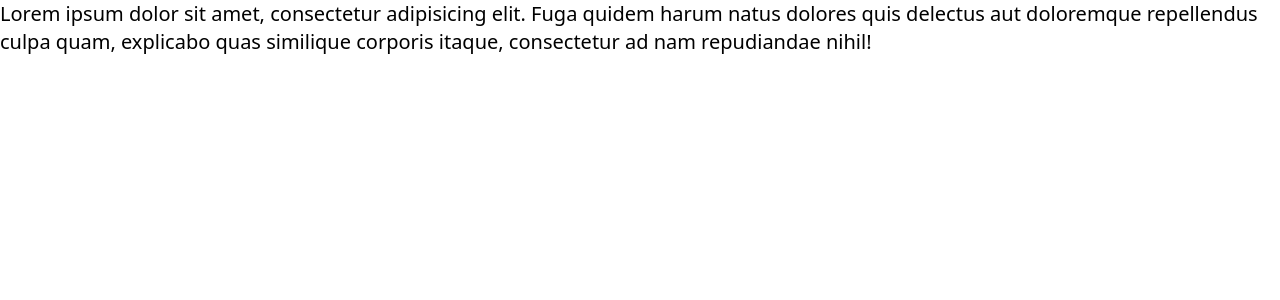
Repository: di-huynh-dev/calendar
Page: /
An editor plug-in stored every save of this project. The page is shown before and after the next save, followed by the edit.
The browser window is 1280 px wide. The pictures show the whole page.
The project was rebuilt for these pictures with package versions that can differ from the ones it lists, and the page was loaded fresh each time. Also part of the build but not shown: vite.config.ts.

Above is the page before, as saved 2024-10-25 11:49:54.

### src/App.tsx
function App() {
  return (
    <>
      <p className="text-xl">
        Lorem ipsum dolor sit amet, consectetur adipisicing elit. Fuga quidem
        harum natus dolores quis delectus aut doloremque repellendus culpa quam,
        explicabo quas similique corporis itaque, consectetur ad nam repudiandae
        nihil!
      </p>
    </>
  );
}

export default App;

Loaded but not shown: index.html (common file); src/main.tsx (common file); src/index.css (common file); tailwind.config.js (common file)

After the next save:
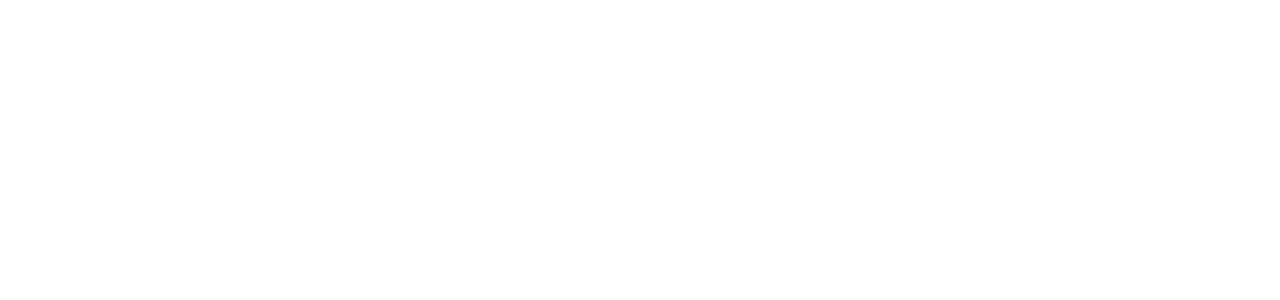
Console error (its wording comes from the project's code and is left out).
Saved 28 s later.
--- a/src/App.tsx
+++ b/src/App.tsx
@@ -1,14 +1,3 @@
 function App() {
-  return (
-    <>
-      <p className="text-xl">
-        Lorem ipsum dolor sit amet, consectetur adipisicing elit. Fuga quidem
-        harum natus dolores quis delectus aut doloremque repellendus culpa quam,
-        explicabo quas similique corporis itaque, consectetur ad nam repudiandae
-        nihil!
-      </p>
-    </>
-  );
+  return <div className="bg-blue-500 text-white p-4">Hello, Tailwind!</div>;
 }
-
-export default App;

After the save that followed:
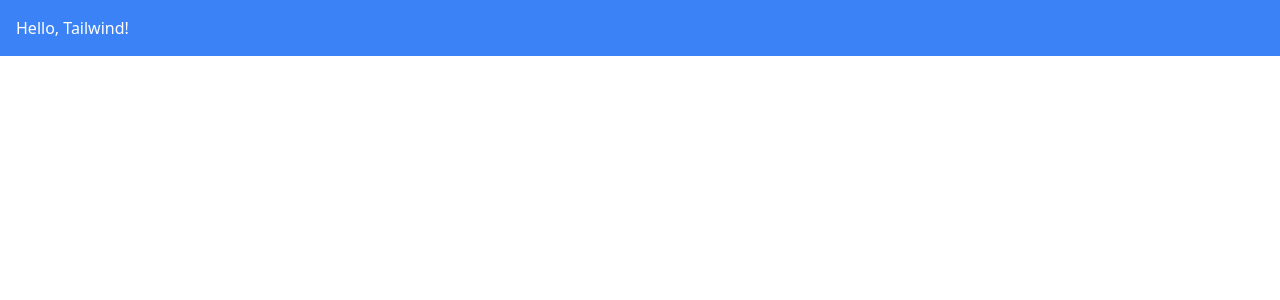
The error is gone.
Saved 17 s later.
--- a/src/App.tsx
+++ b/src/App.tsx
@@ -1,3 +1,5 @@
 function App() {
   return <div className="bg-blue-500 text-white p-4">Hello, Tailwind!</div>;
 }
+
+export default App;
